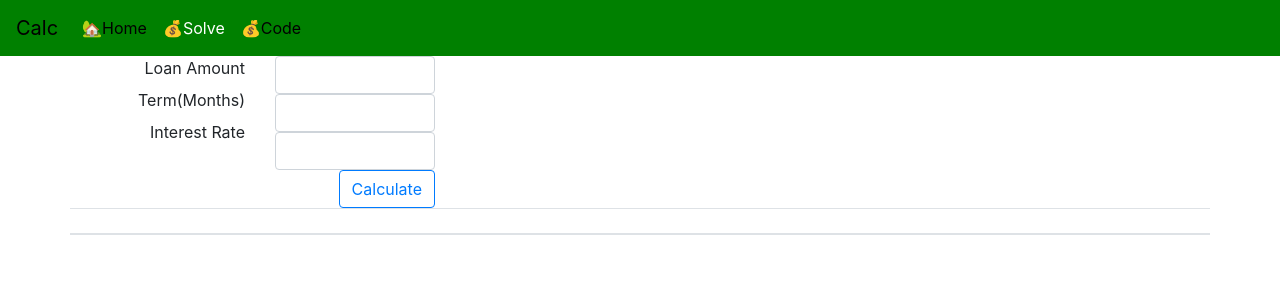
Repository: zhadjah9559/MortgageManager
Page: solve.html
An editor plug-in stored every save of this project. The page is shown before and after a run of saves, followed by the edit.
The browser window is 1280 px wide. The pictures show the whole page.

Above is the page before, as saved 2021-01-15 16:37:13.

After the next 3 saves:
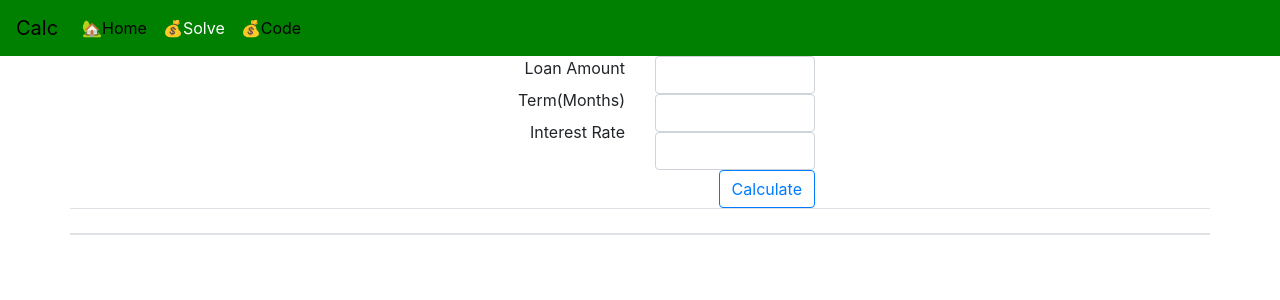
The 3 saves are shown as one change because they came seconds apart.
The last was saved 2 min 25 s later.
--- a/solve.html
+++ b/solve.html
@@ -35,23 +35,23 @@
     <div class="container">
         <!--Input column-->
         <div class="row">
+            <div class="col"></div>
+                <!--Label Columns-->
+                <div class="col-2 text-right">
+                    <label for="Loan Amount">Loan Amount</label>
 
-            <!--Label Columns-->
-            <div class="col-2 text-right">
-                <label for="Loan Amount">Loan Amount</label>
+                    <label for="Term">Term(Months)</label>
 
-                <label for="Term">Term(Months)</label>
+                    <label for="Interest Rate">Interest Rate</label>
+                </div>
 
-                <label for="Interest Rate">Interest Rate</label>
-            </div>
-
-            <!--Label Inputs-->
-            <div class="col-2 text-right">
-                <input type="text" class="form-control" id="loanAmount">
-                <input type="text" class="form-control" id="months">
-                <input type="text" class="form-control" id="interestRate">
-                <button class="btn btn-outline-primary" type="submit" onclick="">Calculate</button>
-            </div>
+                <!--Label Inputs-->
+                <div class="col-2 text-right">
+                    <input type="text" class="form-control" id="loanAmount">
+                    <input type="text" class="form-control" id="months">
+                    <input type="text" class="form-control" id="interestRate">
+                    <button class="btn btn-outline-primary" type="submit" onclick="">Calculate</button>
+                </div>
 
 
 
